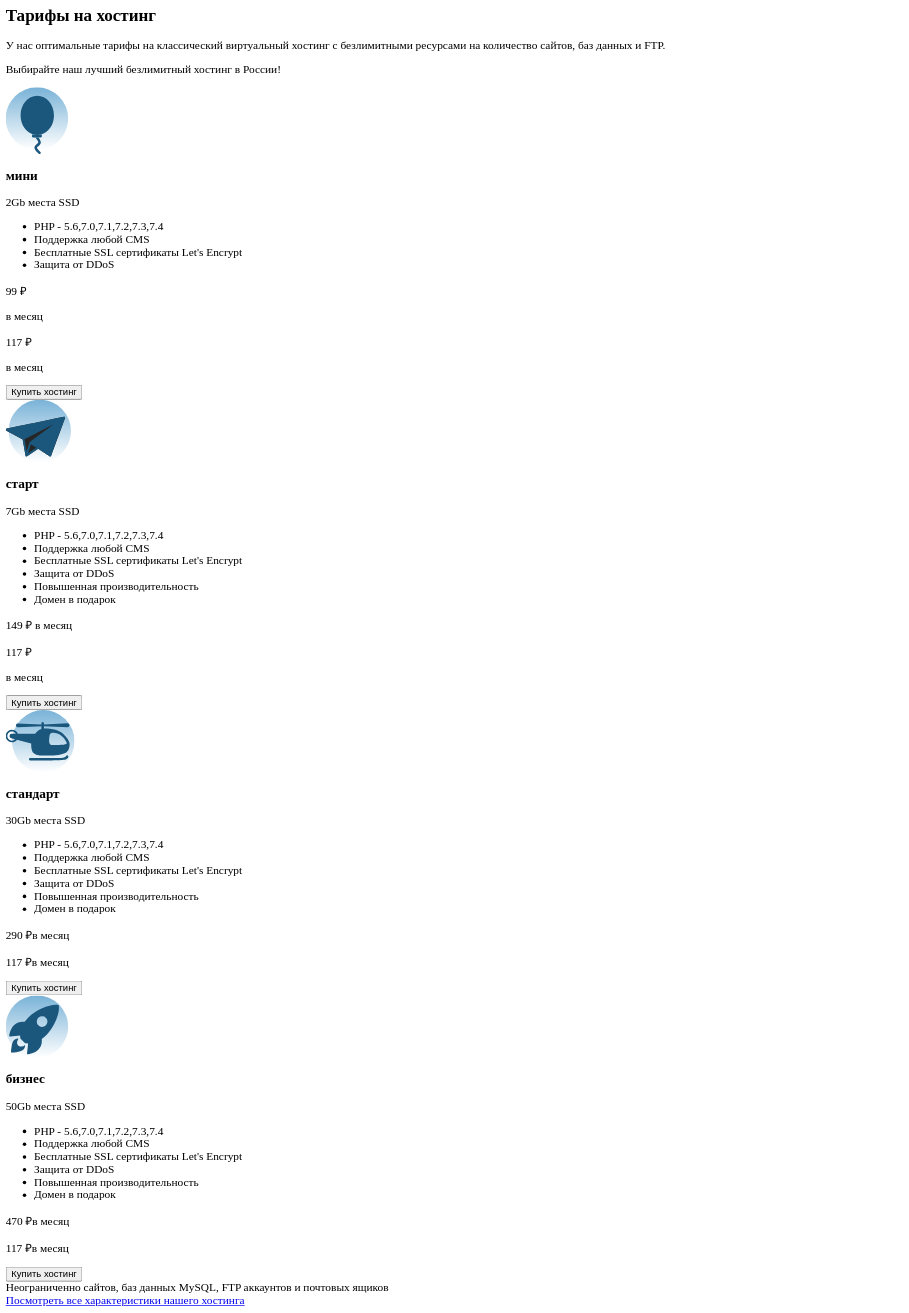
Repository: Inzhir2022/hosting
Page: src/_includes/_tariffs.html
The author's editor kept a copy of each file at every save. The page is drawn from the files as they stood at one save, then again after the next save.
The browser window is 1280 px wide. The pictures show the whole page, at 71% of full size.

Above is the page before, as saved 2022-07-19 10:01:15.

### src/_includes/_tariffs.html
<section class="tariffs">
  <div class="container">
    <h2 class="tariffs__title">Тарифы на хостинг</h2>
    <div class="tariffs__text">
      <p>У нас оптимальные тарифы на классический виртуальный хостинг с безлимитными ресурсами на количество сайтов, баз данных и FTP.</p>
      <p>Выбирайте наш лучший <span class="tariffs__text_bold"> безлимитный</span> хостинг в России!</p>
    </div>
    <div class="card tariffs__card mini">
      <div class="card__header">
        <img src="../img/tariffs/tariffs_mini.svg" alt="icon">
        <h3 class="card__title">мини</h3>

      </div>
      <div class="card__body">
        <div class="card__subheader">2Gb места SSD </div>
        <ul class="card__list">
          <li class="card__item">PHP - 5.6,7.0,7.1,7.2,7.3,7.4</li>
          <li class="card__item">Поддержка любой CMS</li>
          <li class="card__item">Бесплатные SSL сертификаты Let's Encrypt</li>
          <li class="card__item">Защита от DDoS</li>
        </ul>
        <div class="card__footer">
          <div class="card__price">
            <div class="new-price">
              <div class="new-price-bg"></div>
              99 ₽ <p class="minitext">в месяц</p>
            </div>
            <div class="old-price">117 ₽ <p class="minitext">в месяц</p>
            </div>
          </div>
          <button class="btn card__btn">Купить хостинг</button>
        </div>
      </div>
    </div>
    <div class="card tariffs__card start">
      <div class="card__header">
        <img src="../img/tariffs/tariffs_start.svg" alt="icon">
        <h3 class="card__title">старт</h3>

      </div>
      <div class="card__body">
        <div class="card__subheader">7Gb места SSD</div>
        <ul class="card__list">
          <li class="card__item">PHP - 5.6,7.0,7.1,7.2,7.3,7.4</li>
          <li class="card__item">Поддержка любой CMS</li>
          <li class="card__item">Бесплатные SSL сертификаты Let's Encrypt</li>
          <li class="card__item">Защита от DDoS</li>
          <li class="card__item">Повышенная производительность</li>
          <li class="card__item">Домен в подарок</li>
        </ul>
        <div class="card__footer">
          <div class="card__price">
            <div class="new-price">
              <div class="new-price-bg"></div>
              <p class="new-price__title">149 ₽ <span class="minitext">в месяц</span></p>
            </div>
            <div class="old-price">117 ₽ <p class="minitext">в месяц</p>
            </div>
          </div>
          <button class="btn card__btn">Купить хостинг</button>
        </div>
      </div>
    </div>
    <div class="card tariffs__card standart">
      <div class="card__header">
        <img src="../img/tariffs/tariffs_standart.svg" alt="icon">
        <h3 class="card__title">стандарт</h3>

      </div>
      <div class="card__body">
        <div class="card__subheader">30Gb места SSD</div>
        <ul class="card__list">
          <li class="card__item">PHP - 5.6,7.0,7.1,7.2,7.3,7.4</li>
          <li class="card__item">Поддержка любой CMS</li>
          <li class="card__item">Бесплатные SSL сертификаты Let's Encrypt</li>
          <li class="card__item">Защита от DDoS</li>
          <li class="card__item">Повышенная производительность</li>
          <li class="card__item">Домен в подарок</li>
        </ul>
        <div class="card__footer">
          <div class="card__price">
            <div class="new-price">
              <div class="new-price-bg"></div>
              <p class="new-price__title">290 ₽<span class="minitext">в месяц</span>
            </div>
            <p class="old-price__title">117 ₽<span class="minitext">в месяц</span>
            </p>
          </div>
          <button class="btn card__btn">Купить хостинг</button>
        </div>
      </div>
    </div>
    <div class="card tariffs__card business">
      <div class="card__header">
        <img src="../img/tariffs/tariffs_business.svg" alt="icon">
        <h3 class="card__title">бизнес</h3>

      </div>
      <div class="card__body">
        <div class="card__subheader">50Gb места SSD</div>
        <ul class="card__list">
          <li class="card__item">PHP - 5.6,7.0,7.1,7.2,7.3,7.4</li>
          <li class="card__item">Поддержка любой CMS</li>
          <li class="card__item">Бесплатные SSL сертификаты Let's Encrypt</li>
          <li class="card__item">Защита от DDoS</li>
          <li class="card__item">Повышенная производительность</li>
          <li class="card__item">Домен в подарок</li>
        </ul>
        <div class="card__footer">
          <div class="card__price">
            <div class="new-price">
              <div class="new-price-bg"></div>
              <p class="new-price__title">470 ₽<span class="minitext">в месяц</span></p>
            </div>
            <p class="old-price__title">117 ₽<span class="minitext">в месяц</span>
            </p>
          </div>
          <button class="btn card__btn">Купить хостинг</button>
        </div>
      </div>
    </div>
    <div class="card__descr">
      Неограниченно сайтов, баз данных MySQL, FTP аккаунтов и почтовых ящиков</div>
    <div class="tariffs__link-more">
      <a href="#">Посмотреть все характеристики нашего хостинга</a>
    </div>
  </div>
</section>

After the next save:
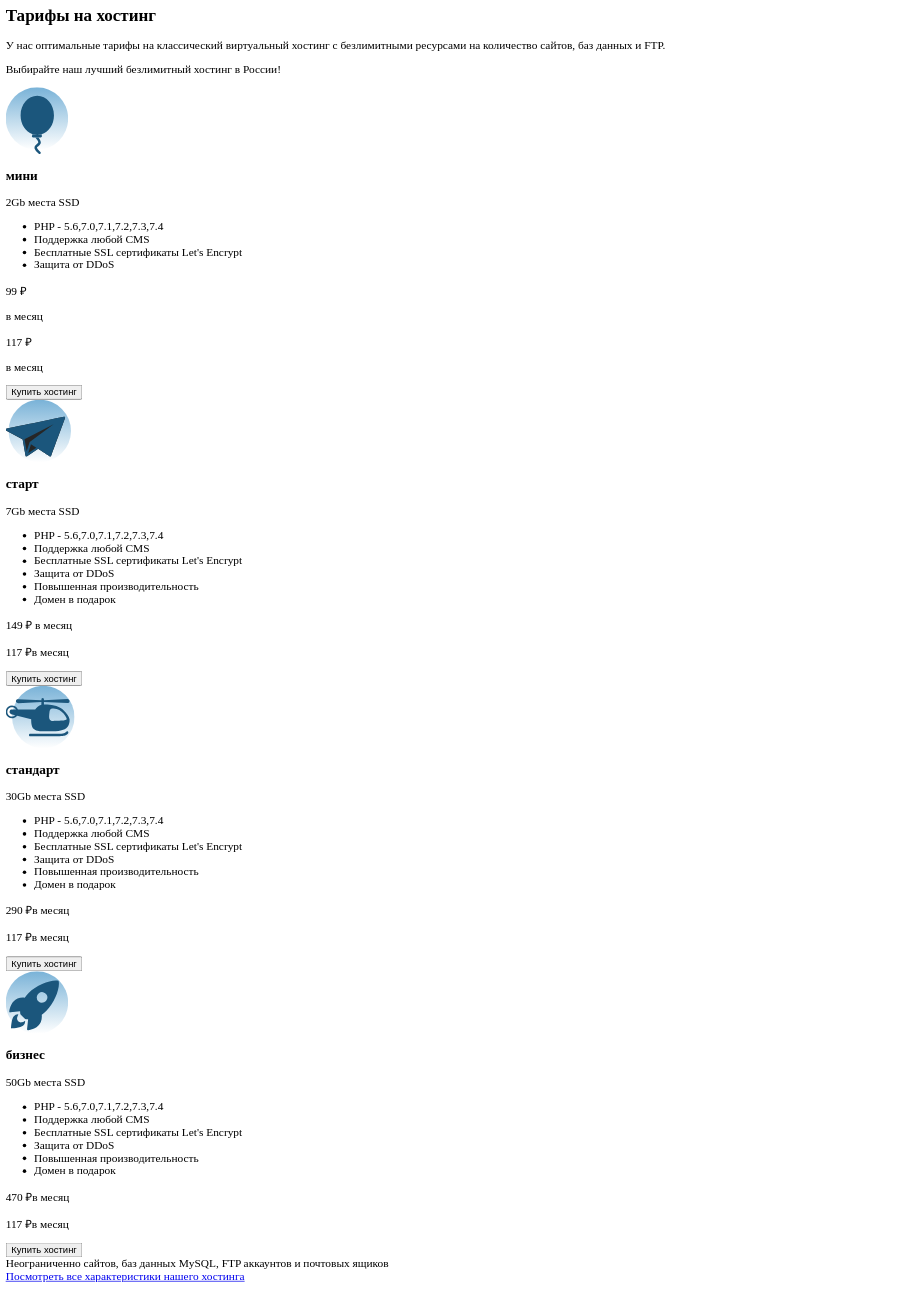
Saved 50 s later.
--- a/src/_includes/_tariffs.html
+++ b/src/_includes/_tariffs.html
@@ -54,8 +54,7 @@
               <div class="new-price-bg"></div>
               <p class="new-price__title">149 ₽ <span class="minitext">в месяц</span></p>
             </div>
-            <div class="old-price">117 ₽ <p class="minitext">в месяц</p>
-            </div>
+            <p class="old-price__title">117 ₽<span class="minitext">в месяц</span></p>
           </div>
           <button class="btn card__btn">Купить хостинг</button>
         </div>
@@ -81,10 +80,9 @@
           <div class="card__price">
             <div class="new-price">
               <div class="new-price-bg"></div>
-              <p class="new-price__title">290 ₽<span class="minitext">в месяц</span>
+              <p class="new-price__title">290 ₽<span class="minitext">в месяц</span></p>
             </div>
-            <p class="old-price__title">117 ₽<span class="minitext">в месяц</span>
-            </p>
+            <p class="old-price__title">117 ₽<span class="minitext">в месяц</span></p>
           </div>
           <button class="btn card__btn">Купить хостинг</button>
         </div>
